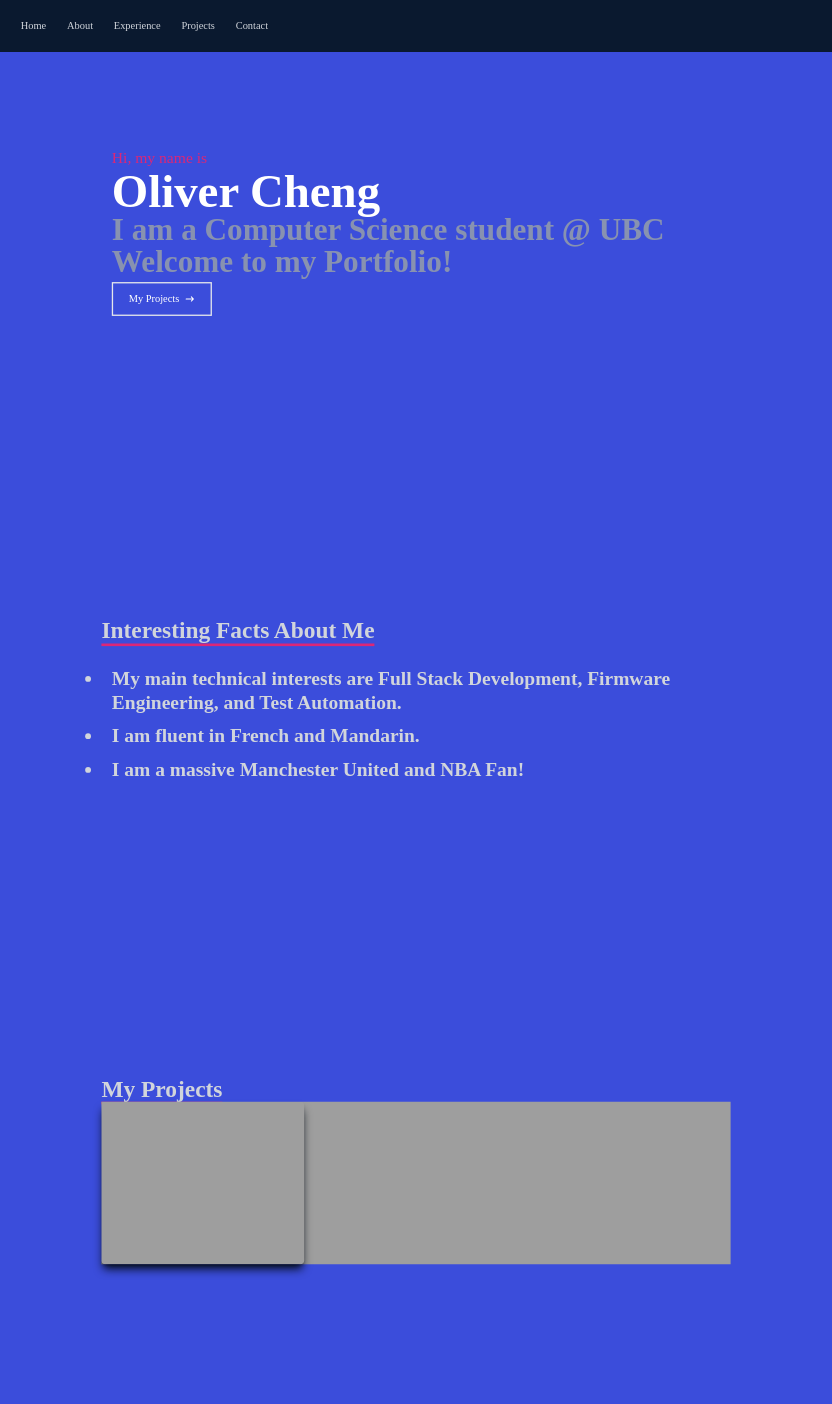
Repository: olichengus/Project-Portfolio
Page: /
The author's editor kept a copy of each file at every save. The page is drawn from the files as they stood at one save, then again after the next save.
The browser window is 1280 px wide. The pictures show the whole page, at 65% of full size.
Pictures or frames that could not be fetched are drawn as grey boxes. The project was rebuilt for these pictures with package versions that can differ from the ones it lists, and the page was loaded fresh each time.

Above is the page before, as saved 2024-02-09 23:09:26.

### src/index.css
@tailwind base;
@tailwind components;
@tailwind utilities;

@import url('https://fonts.googleapis.com/css2?family=Roboto:wght@300;400;500;700&display=swap');

@layer base {
  body {
    @apply font-[Raleway];
  }
  li {
    @apply px-4;
    @apply cursor-pointer;
  }
}


.content-div{
  background-repeat: no-repeat;
  background-size: cover;
  background-position: center;
  height: 250px;
}

.content-div:hover{
  background-image: linear-gradient(
    to right,
    rgba(112,157,255,0.8),
    hsla(242,74%,61%,0.8)
  )!important;
  background-color: rgba(0, 0, 0, 0.5);
  transition: 0.5s;
}

### src/App.js
import Home from './components/Home';
import Navbar from './components/Navbar';
import About from './components/About';
import Work from './components/Work';

function App() {
  return (
    <div>
      <Navbar />
      <Home />
      <About />
      <Work />
    </div>
  );
}

export default App;

### src/components/Home.jsx
import React from 'react'
import {HiArrowNarrowRight} from 'react-icons/hi'

const Home = () => {
  return (
    <div className='w-full h-screen bg-[#3b4ddb]'>
      {/* Container */}
      <div className='max-w-[1000px] mx-auto px-8 flex flex-col justify-center h-full'>
        <p className='text-pink-600 text-2xl'>Hi, my name is</p>
        <h1 className='text-white text-7xl font-bold'>Oliver Cheng</h1>
        <h2 className='text-4xl sm:text-5xl font-bold text-[#8892b0]'> I am a Computer Science student @ UBC</h2>
        <h2 className='text-4xl sm:text-5xl font-bold text-[#8892b0]'> Welcome to my Portfolio!</h2>
        <div className='background-color'>
          <button className = 'text-white border-2 px-6 py-3 my-2 flex items-center hover:bg-pink-600 hover:border-pink-600'>
            My Projects
            <span className='group-hover:rotate-90 duration-300'>
              <HiArrowNarrowRight className='ml-2' />
            </span>
          </button>
        </div>
      </div>

    </div>
  )
}

export default Home

### src/components/navbar.js
import React, {useState} from 'react'
import {
    FaBars,
    FaTimes,
    FaGithub,
    FaLinkedin
  } from 'react-icons/fa';
import { HiOutlineMail } from 'react-icons/hi';
import BsFillPersonFill from 'react-icons/bs';

const Navbar = () => {
    const [nav, setNav] = useState(false)
    const handleClick = () => setNav(!nav)
  return (
    <div className='fixed w-full h-[80px] flex justify-between items-center px-4 bg-[#0a192f] text-gray-300'>
    {/* menu */}
        <div className='hidden md:flex'>
            <ul className='hidden md:flex'>
                <li>Home</li>
                <li>About</li>
                <li>Experience</li>
                <li>Projects</li>
                <li>Contact</li>


            </ul>
        </div>

        <div onClick={handleClick} className='md:hidden z-10'>
            {/* if false set it to bars else set it to x logo*/}
            {!nav ? <FaBars /> : <FaTimes />}
        </div>


        {/* Moble menu */}
        <ul className={!nav ? "hidden": 'absolute top-0 left-0 w-full h-screen bg-[#0a192f] flex flex-col justify center items-center'}>
                <li className='py-6 text-4xl'>Home</li>
                <li className='py-6 text-4xl'>About</li>
                <li className='py-6 text-4xl'>Experience</li>
                <li className='py-6 text-4xl'>Projects</li>
                <li className='py-6 text-4xl'>Contact</li>

        </ul>
        {/* Social Icons */}
        <div className='flex fixed flex-col top-[35%] left-0;'>
        </div>
    </div>


  )
}

export default Navbar

### src/components/About.jsx
import React from 'react';

const About = () => {
    return (
        <div name='about' className='w-full h-screen bg-[#3b4ddb] text-gray-300'>
            <div className='flex flex-col justify-center items-center w-full h-full'>
                <div className='max-w-[1000px] w-full px-4 justify-center items-center'>
                    <div className='text-left'>
                        <p className='text-4xl font-bold inline border-b-4 border-pink-600 hover:text-white'>Interesting Facts About Me</p>
                    </div>

                </div>
                <div className='mt-9 max-w-[1000px] w-full'>
                    <ul class="list-disc pl-4">
                        <li class="mb-2 text-3xl font-bold hover:text-white">My main technical interests are Full Stack Development, Firmware Engineering, and Test Automation.</li>
                        <li class="mt-4 mb-2 text-3xl font-bold hover:text-white">I am fluent in French and Mandarin.</li>
                        <li class="mt-4 mb-2 text-3xl font-bold hover:text-white">I am a massive Manchester United and NBA Fan!</li>
                    </ul>
                </div>
            </div>
        </div>
    )
}

export default About;

### src/components/Work.jsx
import React from 'react';
import Background from '../assets/background.jpeg';

const Work = () => {
    return (
        <div className='w-full md:h-screen text-gray-300 bg-[#3b4ddb]'>
            <div className='max-w-[1000px] mx-auto p-4 flex flex-col justify-center w-full h-full'>
                <div>
                    <p className='text-4xl font-bold inline border-b-4 text-gray-300 border-pink-600'>My Projects</p>
                </div>

                <div style = {{backgroundImage: `url(${Background})`}}
                className='grid sm:grid-cols-2 md:grid-cols-3 gap-4'>
                    <div className='shadow-lg shadow-[#040c16] group container rounded-md flex justify-center items-center mx-auto content-div'>

                        {/* Hover Effects */}
                        <div className='opacity-0 group-hover:opacity-100'>
                            <span className='text-2xl font-bold text-white tracking-wider'>
                                React JS Application
                            </span>
                            <div className='pt-8 text-center'>
                                <a href ="/">
                                    <button className='text-center rounded-lg px-4 py-3 m-2 bg-white text-gray-700 font-bold text-lg'>Demo</button>
                                </a>
                                <a href = "/">
                                    <button className='text-center rounded-lg px-4 py-3 m-2 bg-white text-gray-700 font-bold text-lg'>Code</button>
                                </a>
                            </div>
                        </div>
                    </div>
                </div>



            </div>
        </div>
    );
};

export default Work;

### tailwind.config.js
/** @type {import('tailwindcss').Config} */
module.exports = {
  content: ["./src/**/*.{html,jsx}"],
  theme: {
    extend: {},
  },
  plugins: [],
}

Loaded but not shown: public/index.html (common file); src/index.js (common file)

After the next save:
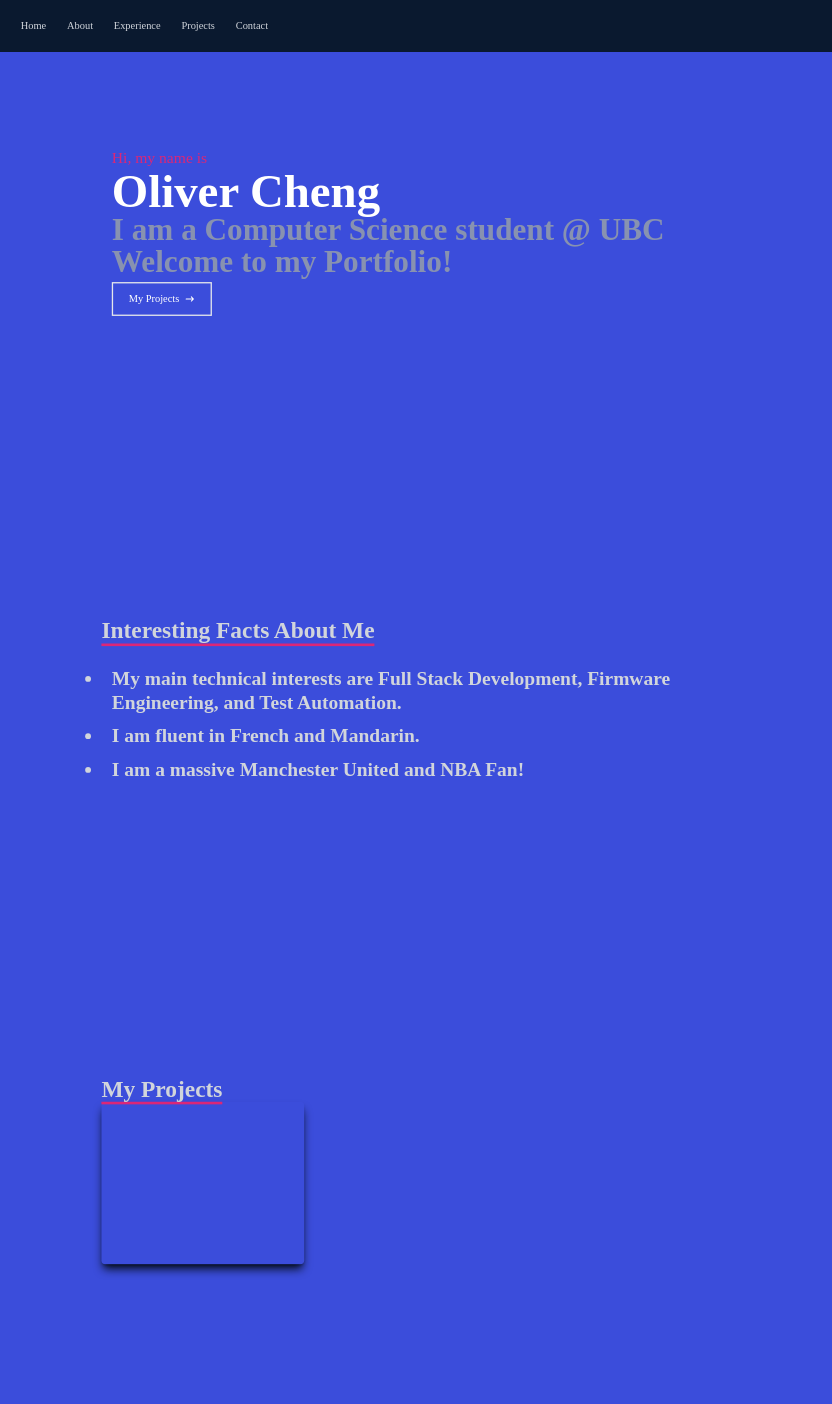
Saved 80 s later.
--- a/src/components/Work.jsx
+++ b/src/components/Work.jsx
@@ -9,7 +9,7 @@ const Work = () => {
                     <p className='text-4xl font-bold inline border-b-4 text-gray-300 border-pink-600'>My Projects</p>
                 </div>
 
-                <div style = {{backgroundImage: `url(${Background})`}}
+                <div
                 className='grid sm:grid-cols-2 md:grid-cols-3 gap-4'>
                     <div className='shadow-lg shadow-[#040c16] group container rounded-md flex justify-center items-center mx-auto content-div'>
 
